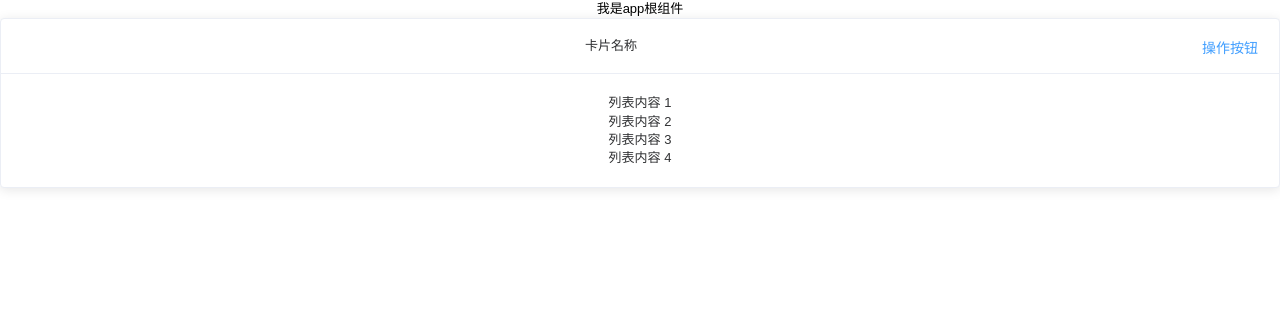
Repository: wuder-jie/Manager-System
Page: /
These files come from the project's save history. The page is drawn as it stood at one moment and after a run of saves; the edit follows.
The browser window is 1280 px wide. The pictures show the whole page.
The project was rebuilt for these pictures with package versions that can differ from the ones it lists, and the page was loaded fresh each time. Also part of the build but not shown: vue.config.js.

Above is the page before, as saved 2022-11-26 15:23:34.

### src/main.js
import Vue from "vue";
import App from "./App.vue";
import ElementUI from "element-ui";
import "element-ui/lib/theme-chalk/index.css";
// 引入reset样式重置文件。
import "@/assets/css/reset.css";
// 引入图标样式
import "font-awesome/css/font-awesome.min.css";
// 引入axios
import axios from "axios";
// 引入路由器
import router from "@/router";
// 把axios挂载到原型，所有的vc都可访问。
Vue.prototype.axios = axios;
Vue.config.productionTip = false;
Vue.use(ElementUI);

new Vue({ router, render: (h) => h(App) }).$mount("#app");

### src/App.vue
<template>
  <div id="app">
    <h3>我是app根组件</h3>
    <router-view></router-view>
  </div>
</template>

<script>
export default {
  name: "app",
  data() {
    return {};
  },
  components: {},
  methods: {},
};
</script>
<style lang="scss">
.suc {
  background-color: red;
}
</style>

### src/assets/css/reset.css
body {
  font-family:arial,helvetica,sans-serif;
  font-size:13px;
  font-size-adjust:none;
  font-stretch:normal;
  font-style:normal;
  font-variant:normal;
  font-weight:normal;
  line-height:1.4;
  text-align:center;
  }
  body, ul, ol, dl, dd, h1, h2, h3, h4, h5, h6, p, form, fieldset, legend, input, textarea, select, button, th, td {
  margin:0;
  padding:0;
  }
  h1, h2, h3, h4, h5, h6 {
  font-size:100%;
  font-weight:normal;
  }
  table {
  font-size:inherit;
  }
  input, select {
  font-family:arial,helvetica,clean,sans-serif;
  font-size:100%;
  font-size-adjust:none;
  font-stretch:normal;
  font-style:normal;
  font-variant:normal;
  font-weight:normal;
  line-height:normal;
  }
  button {
  overflow:visible;
  }
  th, em, strong, b, address, cite {
  font-style:normal;
  font-weight:normal;
  }
  li {
  list-style-image:none;
  list-style-position:outside;
  list-style-type:none;
  }
  img, fieldset {
  border:0 none;
  }
  ins {
  text-decoration:none;
  }

### src/router/index.js
import Vue from "vue";
import Router from "vue-router";
Vue.use(Router);
const routes = [
  {
    path: "/",
    redirect: "/login",
  },
  {
    name: "login",
    path: "/login",
    // 路由懒加载
    component: () => import("@/pages/login"),
  },
  {
    name: "home",
    path: "/home",
    // 路由懒加载
    component: () => import("@/pages/home"),
    // 异步组件
    // component: (resolve) => require(["@/pages/home"], resolve),
  },
];

const router = new Router({
  mode: "history",
  routes,
});
export default router;

### src/pages/login/index.vue
<template>
  <div id="login">
    <el-card class="box-card">
      <div slot="header" class="clearfix">
        <span>卡片名称</span>
        <el-button style="float: right; padding: 3px 0" type="text"
          >操作按钮</el-button
        >
      </div>
      <div v-for="o in 4" :key="o" class="text item">
        {{ "列表内容 " + o }}
      </div>
    </el-card>
  </div>
</template>

<script>
export default {
  name: "LoginItem",
  data() {
    return {};
  },
  components: {},
  methods: {},
};
</script>
<style lang="scss">

</style>

Loaded but not shown: public/index.html (common file)

After the next 2 saves:
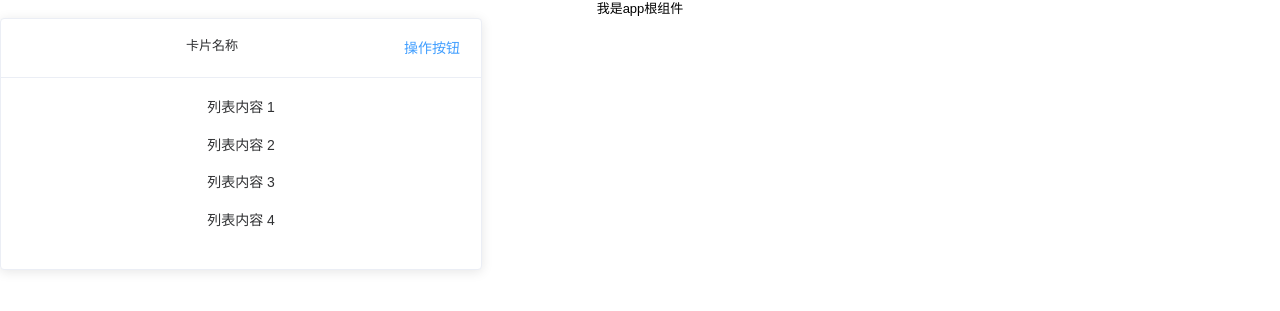
The 2 saves are shown as one change because they came seconds apart.
The last was saved 8 s later.
--- a/src/pages/login/index.vue
+++ b/src/pages/login/index.vue
@@ -25,5 +25,26 @@ export default {
 };
 </script>
 <style lang="scss">
+#login {
+  .text {
+    font-size: 14px;
+  }
 
+  .item {
+    margin-bottom: 18px;
+  }
+
+  .clearfix:before,
+  .clearfix:after {
+    display: table;
+    content: "";
+  }
+  .clearfix:after {
+    clear: both;
+  }
+
+  .box-card {
+    width: 480px;
+  }
+}
 </style>
